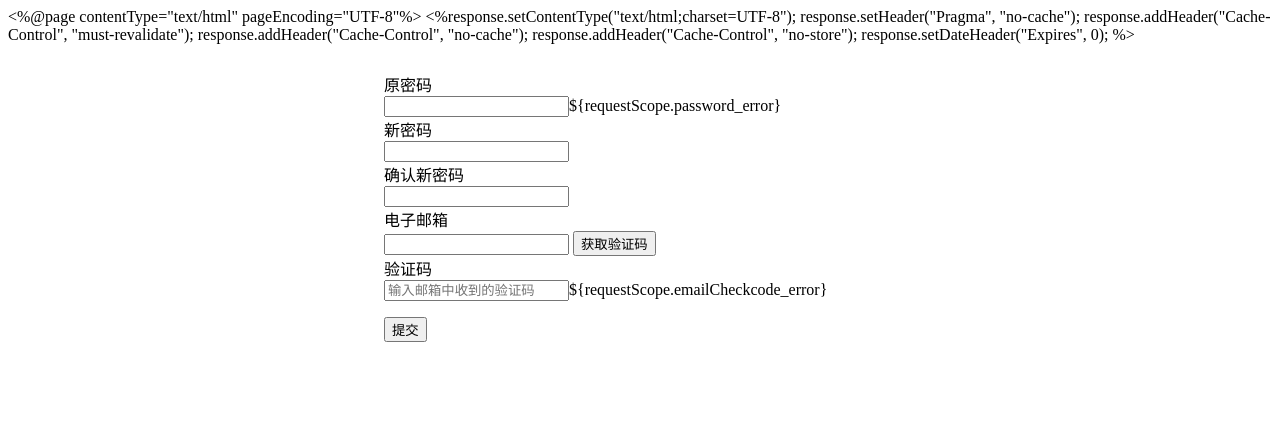
Repository: IAmJiangWenHao/ReportServer
Page: web/demo.html
An editor plug-in stored every save of this project. The page is shown before and after the next save, followed by the edit.
The browser window is 1280 px wide. The pictures show the whole page.

Above is the page before, as saved 2023-06-01 10:21:00.

After the next save:
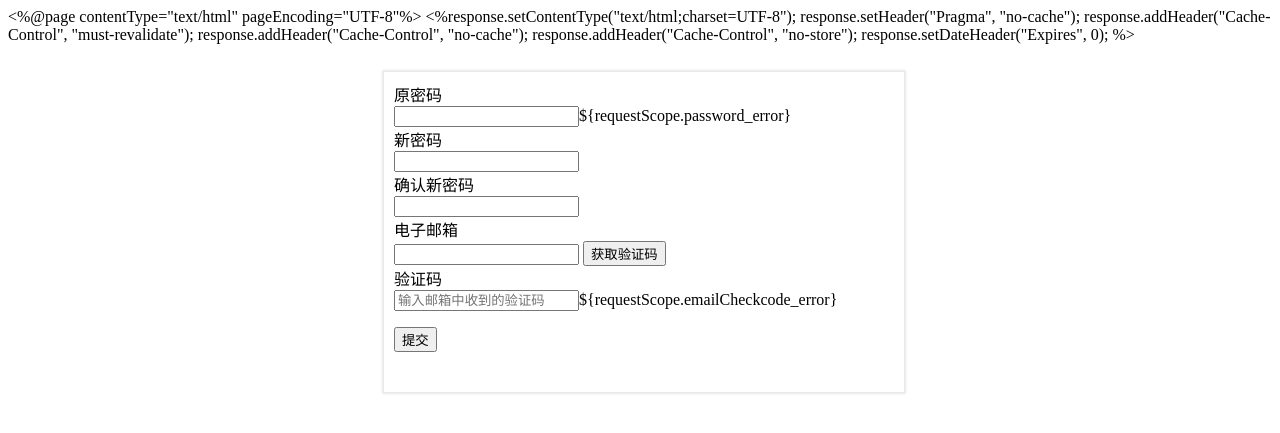
Saved 95 s later.
--- a/web/demo.html
+++ b/web/demo.html
@@ -14,7 +14,43 @@
   </head>
 
   <body>
-    <div style="width: 500px;height:300px;position: absolute;top: 10%;left: 30%;">
+    <style>
+            #course1{
+        padding: 10px;
+        box-shadow: 0 0 2px 2px rgba(30, 30, 4, 0.1);
+      }
+      #course1:hover{
+        box-shadow: 0 0 2px 2px rgba(30, 30, 4, 0.3);
+      }
+      #course1 tbody tr {
+      display: flex;
+      border-radius: 20px;
+      width: auto;
+      height: auto;
+      padding: 10px;
+      font-size: 26px;
+      background-color: #fff;
+      position: relative;
+      justify-content: flex-start
+    }
+    #course1 tbody tr td a{
+      color: #000;
+      text-decoration:none;
+    }
+    #course1 tbody tr td a:hover{
+      box-shadow: 0 0 10px 5px rgba(30, 30, 4, 0.3);
+    }
+    #course1 tbody tr td input{
+      border: 0;
+      height: 100%;
+      background-color: #fff;
+    }
+    #course1 tbody tr td input:hover{
+      border: 0;
+      box-shadow: 0 0 10px 5px rgba(30, 30, 4, 0.3);
+    }
+    </style>
+    <div id="course1" style="width: 500px;height:300px;position: absolute;top: 10%;left: 30%;">
       <form action="SetPasswordEmail.do" method="post" name="form1" onSubmit="return Check()">
         原密码 <div id="old"><input type="password" name="oldpass" >${requestScope.password_error}</div>
         新密码 <div id="new"><input type="password" name="newpass" ><div id="info_newpass" style="color: #ff0000;display:inline;"></div></div>
